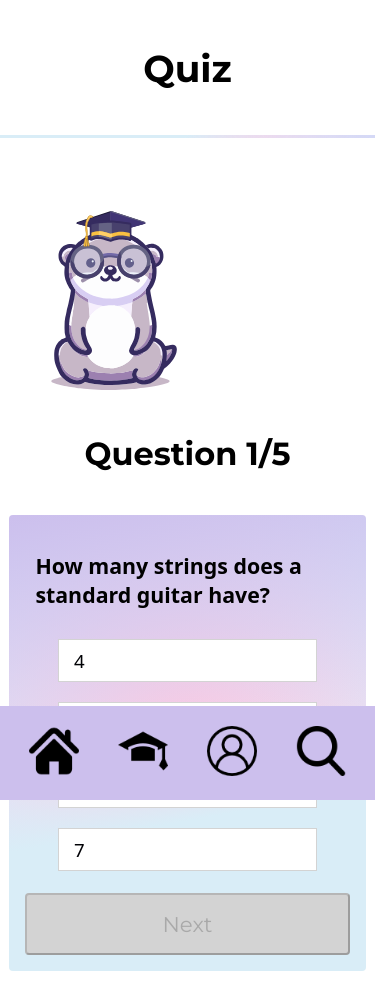
Repository: 1medi/pocketprof
Page: /quiz/page
An editor plug-in stored every save of this project. The page is shown before and after the next save, followed by the edit.
The browser window is 375 px wide. The pictures show the whole page.
The project was rebuilt for these pictures with package versions that can differ from the ones it lists, and the page was loaded fresh each time. The framework's server and built-in components were replaced by stand-ins that run in the browser. Also part of the build but not shown: next.config.mjs, Components/Buttons/Oscar/Oscar.module.css, Components/Buttons/Oscar/index.js.

Above is the page before, as saved 2024-04-13 23:11:14.

### pages/quiz/page.jsx
'use client';
import React, { useState, useRef, useEffect } from 'react';
import { quiz } from "../data"
import styles from "./page.module.css"
import { Montserrat } from "next/font/google"
import Header from '@/Components/Header';
import NavBar from "@/Components/Navbar"
import Image from 'next/image';


const notoSans = Montserrat({
  subsets: ['latin'],
});

export default function Page() {
  const [activeQuestion, setActiveQuestion] = useState(0);
  const [selectedAnswer, setSelectedAnswer] = useState('');
  const [checked, setChecked] = useState(false);
  const [selectedAnswerIndex, setSelectedAnswerIndex] = useState(null);
  const [showResult, setShowResult] = useState(false);
  const [result, setResult] = useState({
    score: 0,
    correctAnswers: 0,
    wrongAnswers: 0,
  });

  const nextButtonRef = useRef(null);

  const { questions } = quiz;
  const { answers, correctAnswer } = questions[activeQuestion];

  const onAnswerSelected = (answer, idx, event = null) => {
    if (event && event.type === 'keydown' && (event.key !== 'Enter' && event.key !== ' ')) {
      return;
    }
    setChecked(true);
    setSelectedAnswerIndex(idx);
    if (answer === correctAnswer) {
      setSelectedAnswer(true);
      console.log('true');
    } else {
      setSelectedAnswer(false);
      console.log('false');
    }
  };


  useEffect(() => {
    if (checked && nextButtonRef.current) {
      nextButtonRef.current.focus();
    }
  }, [checked]);

  const nextQuestion = () => {
    setSelectedAnswerIndex(null);
    setResult((prev) =>
      selectedAnswer
        ? {
            ...prev,
            score: prev.score + 5,
            correctAnswers: prev.correctAnswers + 1,
          }
        : {...prev,
            wrongAnswers: prev.wrongAnswers + 1,
          }
    );
    if (activeQuestion !== questions.length - 1) {
      setActiveQuestion((prev) => prev + 1);
    } else {
      setActiveQuestion(0);
      setShowResult(true);
    }
    setChecked(false);
  };

  return (
    <>
    <Header name="Quiz"/>
      <div className={`${styles.container}`}>
      <div>
      <div className={styles.oscarBox}>
    <Image
      priority
      src="/img/oscar/oscar-main.svg"
      width="200"
      height="200"
      alt="oscar"
      className={styles.oscar}
    />

      {!showResult && (
        <h2 className={styles.activeQ}>
          Question {activeQuestion + 1}
          <span>/{questions.length}</span>
        </h2>
      )}
    </div>
    </div>
      <div>
        {!showResult ? (
          <div className={styles.quizContainer}>
            <h3 className={styles.question}>{questions[activeQuestion].question}</h3>
            {answers.map((answer, idx) => (
              <li
                key={idx}
                onClick={() => onAnswerSelected(answer, idx)}
                onKeyDown={(event) => onAnswerSelected(answer, idx, event)}
                className={`${styles.answerList} ${selectedAnswerIndex === idx ? styles.itemSelected : styles.itemHover}`}
                tabIndex={0}>
                <span>{answer}</span>
              </li>
            ))}

            <button
              ref={nextButtonRef}
              onClick={nextQuestion}
              className={checked ? styles.btn : styles.btnDisabled}
              tabIndex={2}
              disabled={!checked}>
              {activeQuestion === questions.length - 1 ? 'Finish' : 'Next'}
            </button>
          </div>
        ) : (
          <div className={styles.quizContainer}>
            <div className={styles.result}><h3 className={styles.hthree}>Results</h3></div>
            <div><h2 className={styles.htwo}>Overall {(result.score / (questions.length * 5)) * 100}%</h2></div>
            <div className={styles.resultBox}>
              <p className={styles.paragraph}>
              Total Questions: <span>{questions.length}</span>
            </p>
            <p className={styles.paragraph}>
              Total Score: <span>{result.score}</span>
            </p>
            <p className={styles.paragraph}>
              Correct Answers: <span>{result.correctAnswers}</span>
            </p>
            <p className={styles.paragraph}>
              Wrong Answers: <span>{result.wrongAnswers}</span>
            </p>
            </div>
            <button className={styles.btn} onClick={() => window.location.reload()}>Restart</button>
          </div>
        )}
      </div>
      </div>
    <NavBar/>
    </>

  );
};

### styles/globals.css
:root {
background-color: white;
align-content: center;
--main-color-purple: #53239B;
--main-color-lightpurple: #CCBFED;
--secondary-color-blue: #9AB7F9;
--secondary-color-lightblue: #CCE3FB;

--font-header: 34pt ;
--font-section-header: 28pt;
--font-sub-header: 24pt;
--font-button: 16pt;
--font-body: 16pt;
--font-secondary: 14pt;
--font-tertiary:12pt;

--headings: "Montserrat", "sans-serif";;
--body-text: "Noto Sans", sans-serif;

}


* {
    padding: 0;
    margin: 0;
  }

  ol,
  ul {
    list-style: none;
  }

### pages/data.js
export const quiz = {
    totalQuestions: 5,
    questions: [
      {
        id: 1,
        question: 'How many strings does a standard guitar have?',
        answers: ['4', '5', '6', '7'],
        correctAnswer: '6',
      },
      {
        id: 2,
        question: 'Which part of the guitar do you strum or pluck the strings with?',
        answers: ['Headstock', 'Fretboard', 'Body', 'Bridge'],
        correctAnswer: 'Body',
      },
      {
        id: 3,
        question: 'What is a pick used for in playing the guitar?',
        answers: ['Holding the strings down', 'Strumming or plucking the strings', 'Keeping the guitar in tune', 'San Marino'],
        correctAnswer: 'Strumming or plucking the strings',
      },
      {
        id: 4,
        question: 'What is the name of the thickest string on the guitar?',
        answers: ['A string', 'E string', 'D string', 'G string'],
        correctAnswer: 'E string',
      },
      {
        id: 5,
        question: 'Where do you place your fingers to play different notes on the guitar?',
        answers: ['On the body', 'On the headstock', 'On the strings over the fretboard', 'On the tuning pegs'],
        correctAnswer: 'On the strings over the fretboard',
      },
    ],
  };

### pages/quiz/page.module.css

@media only screen and (max-width:431px) {
  .container{
  padding: 1rem 0;
  background-color: white;
  width: 95%;
  margin: auto;
  margin-top: 3rem;
  border-radius: 10px;
  font-size: var(--font-body);

}

.activeQ{
  color: black;
  text-align: center;
  padding:10px;
  font-family: var(--headings);

}

.question{
  font-family: var(--body-text);
  font-size: var(--font-body);
  margin: 20px 10px;

}

.htwo {
  padding-bottom: 2rem;
  color: #000105;
  font-family: var(--headings);
  font-size: var(--font-sub-header);
}

.hthree {
  padding-bottom: 2rem;
  color: #000105;
  font-family: var(--headings);
  font-size: var(--font-sub-header);
  text-align: left;
}

.result{
  left:0;
  width:100%;
  border-bottom: 0.5px solid black;
  height: 40px;
  margin-bottom: 3rem;
}

.btn {
  padding: 16px 8px;
  width: 100%;
  margin-top: 12px;
  font-size: var(--font-button);
  border-radius: 5px;
  cursor: pointer;
  background-color: var(--main-color-purple);
  color: white;
  font-family: var(--headings);
  align-self: center;
}

.btnDisabled {
  background-color: lightgray;
  padding: 16px 8px;
  width: 100%;
  margin-top: 12px;
  font-size: var(--font-button);
  border-radius: 4px;
  color: darkgray;
  font-family: var(--headings);
}

.answerList {
  list-style-type: none;
  cursor: pointer;
  margin: 10px 50px;
  padding: 8px 15px;
  color: #000105;
  border: 1.5px solid lightgray;
  background-color: white;
  font-family: var(--body-text);
  font-size: var(--font-secondary);
  width: 70%;
}

.activeQ{
  margin: 1rem;
  position: relative;
  left:5;
  top:-10;
}

.itemHover:hover {
  background-color: #CCBFED;
  columns: #fff;
}

.itemSelected {
  color: #474747;
  background-color:#8E71D5;
}

.quizContainer {
  background: linear-gradient(-10deg, #d9edf7 35%, rgba(237, 202, 216, 0) 50%, var(--main-color-lightpurple)), radial-gradient(circle, #ffcae1 0, #daeafc 100%);
  padding: 1rem;
  margin-top: 2rem;
  border-radius: 4px;
  display: flex;
  flex-direction: column;
  justify-content: center;
  align-items: center;

}

.paragraph {
  padding: 8px 0;
  font-size: var(--font-body);
  font-family: var(--body-text);
  margin: 10px;
  padding: 8px 50px 8px 10px;
  color: #000105;
  border-bottom: 1.5px solid lightgray;
  background-color: white;
  text-align: left;
}

.resultBox{
  background-color: white;
  padding: 2rem;
  width: fit-content;
  display: flex;
  flex-direction: column;
  align-self: center;
  border-radius: 10px;
  margin-bottom: 2rem;
}

.oscar{

}

.oscarBox{

}

}

### Components/Header/index.js
import styles from "@/Components/Header/Header.module.css"
import Link from "next/link"

export default function Header({name}){
  return (
    <>
    <header className={styles.header}>

      <h1 className={styles.headerTitle}>{name}</h1>
    </header>
    </>
  )
}

### Components/Navbar/index.js
import styles from "./Navbar.module.css"
import Oscar from "@/Components/Buttons/Oscar"
import Link from "next/link"
import Home from "@/public/img/home-icon-silhouette.png"
import Image from "next/image"
import Learn from "@/public/img/learn.png"
import Profile from "@/public/img/navuser.png"
import Search from "@/public/img/search.png"

export default function NavBar() {
  return (
    <nav className={styles.nav}>
      <div className={styles.navContainer}>
        <ul className={styles.navOptions}>
          <li className={styles.navLink}>
            <Link href={'/'} className={styles.navText}>
              <Image
              className={styles.image}
              src={Home}
              width={50}
              height={50}
              />
            </Link>
          </li>
          <li className={styles.navLink}>
            <Link href={'/Courses'} className={styles.navText}>
              <Image
              className={styles.image}
              src={Learn}
              width={50}
              height={50}
              />
            </Link>
          </li>
          <li className={styles.navLink}>
            <Link href={'/Profile'} className={styles.navText}>
              <Image
              className={styles.image}
              src={Profile}
              width={50}
              height={50}
              />
            </Link>
          </li>
          <li className={styles.navLink}>
            <Link href={'/QuizPage'} className={styles.navText}>
              <Image
              className={styles.image}
              src={Search}
              width={50}
              height={50}
              />

            </Link>
          </li>
        </ul>
      </div>
    </nav>
  )
}

### Components/Header/Header.module.css
.header{
  max-height: 400;
  height: 6em;
  position: relative;
  padding: 1.3rem;
  backdrop-filter: blur(10px);
  }

  .header::before {
    content: "";
    position: absolute;
    inset: 0;
    border-bottom: 3px solid transparent;
    background: linear-gradient(140deg,  #d9edf7 35%, rgba(237, 202, 216, 0) 50%, var(--main-color-lightpurple)), radial-gradient(circle, #ffcae1 0, #daeafc 100%) border-box;
    mask: linear-gradient(#fff 0 0) padding-box, linear-gradient(#fff 0 0);
    mask-composite: exclude;
  }


.headerTitle{
  text-align: center;
  margin:auto;
  display: flex;
  justify-content: center;
  color: black;
  padding-top: 25px;
  font-family: var(--headings);
  font-size: var(--font-section-header);
}

### Components/Navbar/Navbar.module.css
@media only screen and (max-width:430px) {
  .nav {
  position: fixed;
  bottom: 0;
  left: 0;
  width: 100%;
  display: flex;
  flex-direction: row;
  background-color:var(--main-color-lightpurple);
  justify-content: space-around;
}

.navContainer{
  position: relative;
  justify-content: space-around;
  width: 100%;
}
.buttonContainer{
  padding:10px;

}

.navOptions{
  display: flex;
  flex-direction: row;
  text-align: center;
  justify-content: space-around;
  padding: 10px;
  text-decoration: none;
}

.navLink{
  padding: 10px;
  border-radius: 10px;
  text-decoration: none;
  list-style: none;
  position: relative;
  justify-content: center;
}

.image:hover{
  background-color: #8b82a4;
}

.navText{
  text-decoration: none;
  list-style: none;
  color:black;
}

.navText:visited{
  text-decoration: none;
  list-style: none;
  color: black;
}

.oscar{
  position:relative
}
}

Loaded but not shown: pages/_app.js (common file); pages/_document.js (common file)

After the next save:
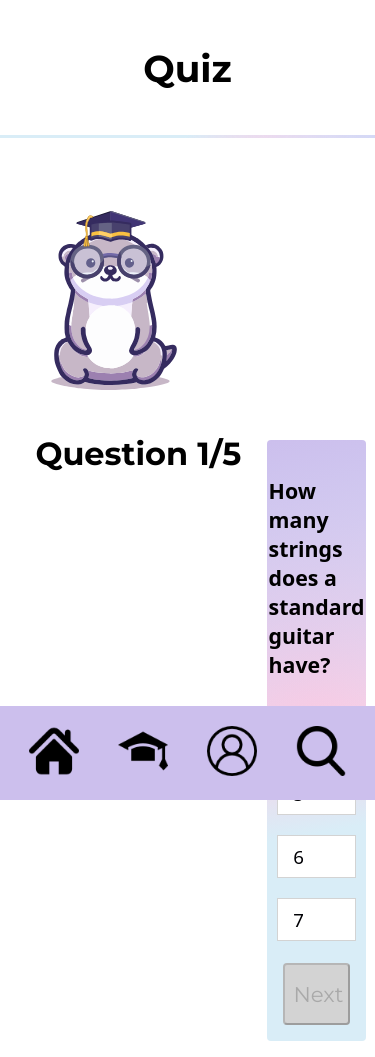
Saved 75 s later.
--- a/pages/quiz/page.module.css
+++ b/pages/quiz/page.module.css
@@ -16,6 +16,7 @@
   text-align: center;
   padding:10px;
   font-family: var(--headings);
+  float: left;
 
 }
 
@@ -88,9 +89,6 @@
 
 .activeQ{
   margin: 1rem;
-  position: relative;
-  left:5;
-  top:-10;
 }
 
 .itemHover:hover {

After the save that followed:
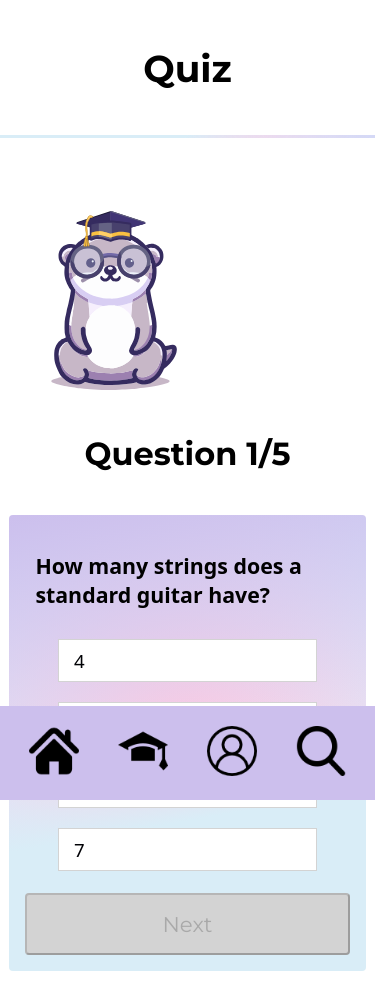
Saved 17 s later.
--- a/pages/quiz/page.module.css
+++ b/pages/quiz/page.module.css
@@ -16,7 +16,6 @@
   text-align: center;
   padding:10px;
   font-family: var(--headings);
-  float: left;
 
 }
 
